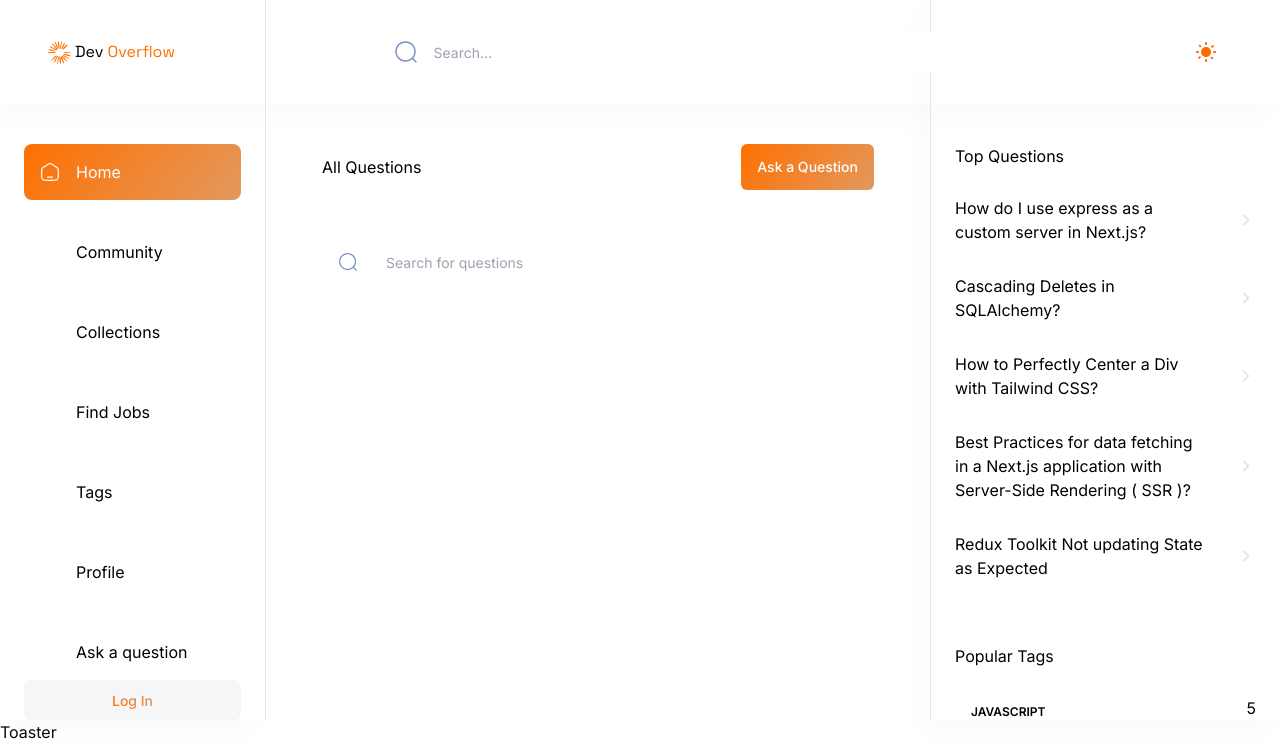
Repository: Saadelfadil/StackOverFlow
Page: /
The author's editor kept a copy of each file at every save. The page is drawn from the files as they stood at one save, then again after a run of saves.
The browser window is 1280 px wide. The pictures show the whole page.
The page's requests for data from a server got no answer. The project was rebuilt for these pictures with package versions that can differ from the ones it lists, and the page was loaded fresh each time. Some packages were replaced by stand-ins written for this rebuild. The framework's server and built-in components were replaced by stand-ins that run in the browser. No one was signed in, and anything a server would have sent is missing. Also part of the build but not shown: next.config.js.

Above is the page before, as saved 2024-01-02 18:19:03.

### app/layout.tsx
import { ClerkProvider } from "@clerk/nextjs";
import React from "react";
import "./globles.css";
import { Inter, Space_Grotesk } from "next/font/google";
import type { Metadata } from "next";
import { ThemeProvider } from "@/context/ThemProvider";

export const metadata: Metadata = {
  title: "Stack Over Flow Clone",
  description: "Stack Over Flow Clone",
  icons: {
    icon: "/assets/images/site-logo.svg",
  },
};

const inter = Inter({
  subsets: ["latin"],
  weight: ["100", "200", "300", "400", "500", "600", "700", "800", "900"],
  variable: "--font-inter",
});

const spaceGrotesk = Space_Grotesk({
  subsets: ["latin"],
  weight: ["300", "400", "500", "600", "700"],
  variable: "--font-spaceGrotesk",
});

export default function RootLayout({
  children,
}: {
  children: React.ReactNode;
}) {
  return (
    <ClerkProvider
      appearance={{
        elements: {
          formButtonPrimary: "primary-gradient",
          footerActionLink: "primary-text-gradient hover:text-primary-500",
        },
      }}
    >
      <html lang="en">
        <body className={`${inter.variable} ${spaceGrotesk.variable}`}>
          <ThemeProvider>
            {children}
          </ThemeProvider>
        </body>
      </html>
    </ClerkProvider>
  );
}

### app/(root)/layout.tsx
import LeftNavbar from "@/components/shared/LeftNavbar";
import RightSidebar from "@/components/shared/RightSidebar";
import Navbar from "@/components/shared/navbar/Navbar";
import React from "react";

const Layout = ({ children }: { children: React.ReactNode }) => {
  return (
    <main className="background-light850_dark100 relative">
      <Navbar />
      <div className="flex">
        <LeftNavbar />
        <section className="flex min-h-screen flex-1 flex-col px-6 pb-6 pt-36 max-md:pb-14 sm:px-14">
          <div className="mx-auto w-full max-w-5xl">{children}</div>
        </section>
        <RightSidebar />
      </div>
      Toaster
    </main>
  );
};

export default Layout;

### app/(root)/(home)/page.tsx
import Filter from "@/components/shared/Filter";
import LocalSearchbar from "@/components/shared/search/LocalSearchbar";
import { Button } from "@/components/ui/button";
import { HomePageFilters } from "@/constants/filters";
import Link from "next/link";

export default function Home() {
  return (
    <>
      <div className="flex w-full flex-col-reverse justify-between gap-4 sm:flex-row sm:items-center">
        <h1 className="h1-bold text-dark100_light900">All Questions</h1>
        <Link href={"/ask-question"} className="flex justify-end max-sm:w-full">
          <Button className="primary-gradient min-h-[46px] px-4 py-3 !text-light-900">
            Ask a Question
          </Button>
        </Link>
      </div>

      <div className="mt-11 flex justify-between gap-5 max-sm:flex-col sm:items-center">
        <LocalSearchbar
          route="/"
          iconPosition="left"
          imgSrc="/assets/icons/search.svg"
          placeholder="Search for questions"
          otherClasses="flex-1"
        />
        <Filter
          filters={HomePageFilters}
          otherClasses="min-h-[56px] sm:min-w-[170px]"
          containerClasses="hidden max-md:flex"
        />
      </div>
    </>
  );
}

### context/ThemProvider.tsx
"use client";

import React, { createContext, useState, useEffect, useContext } from "react";

interface ThemeContextType {
  mode: string;
  setMode: (mode: string) => void;
}

const ThemeContext = createContext<ThemeContextType | undefined>(undefined);

export function ThemeProvider({ children }: { children: React.ReactNode }) {
  const [mode, setMode] = useState("");

  const handlesThemeChange = () => {
    if (localStorage.theme === "dark" || (!("theme" in localStorage) && window.matchMedia("(prefers-color-scheme: dark)").matches)) {
      setMode("dark");
      document.documentElement.classList.add("dark");
    } else {
      setMode("light");
      document.documentElement.classList.remove("dark");
    }
  };

  useEffect(() => {
    handlesThemeChange();
  }, [mode]);

  return (
    <ThemeContext.Provider value={{ mode, setMode }}>
      {children}
    </ThemeContext.Provider>
  );
}

export function useTheme() {
  const context = useContext(ThemeContext);
  if (context === undefined) {
    throw new Error("useTheme must be used within a ThemeProvider");
  }

  return context;
}

### components/shared/navbar/Navbar.tsx
import Link from "next/link";
import Image from "next/image";
import React from "react";
import { SignedIn, UserButton } from "@clerk/nextjs";
import Theme from "./Theme";
import MobileNavbar from "./MobileNavbar";
import GlobalSearch from "../search/GlobalSearch";

const Navbar = () => {
  return (
    <nav className="flex-between background-light900_dark200 fixed z-50 w-full gap-5 p-6 shadow-light-300 sm:px-12 dark:shadow-none">
      <Link href="/" className="flex items-center gap-1">
        <Image
          src="/assets/images/site-logo.svg"
          width={23}
          height={23}
          alt="StackOverFlow"
        />
        <p className="h2-bold font-spaceGrotesk text-dark-100 max-sm:hidden dark:text-light-900">
          Dev <span className="text-primary-500">Overflow</span>
        </p>
      </Link>

      <GlobalSearch />

      <div className="flex-between gap-5">
        <Theme />
        <SignedIn>
          <UserButton
            afterSignOutUrl="/"
            appearance={{
              elements: {
                avatar: "h-10 w-10",
              },
              variables: {
                colorPrimary: "#ff7000",
              },
            }}
          />
        </SignedIn>

        <MobileNavbar />
      </div>
    </nav>
  );
};

export default Navbar;

### components/shared/Filter.tsx
"use client"
import React from "react";
import {
  Select,
  SelectContent,
  SelectItem,
  SelectGroup,
  SelectTrigger,
  SelectValue,
} from "@/components/ui/select";
import HomeFilters from "./home/HomeFilters";

interface Props {
  filters: {
    name: string;
    value: string;
  }[];
  otherClasses?: string;
  containerClasses?: string;
}

const Filter = ({ filters, otherClasses, containerClasses }: Props) => {
  return (
    <div className={`relative ${containerClasses}`}>
      <Select >
        <SelectTrigger
          className={`${otherClasses} body-regular light-border background-light800_dark300 text-dark500_light700 border px-5 py-2.5`}
        >
          <div className="line-clamp-1 flex-1 text-left">
            <SelectValue placeholder="Select a Filter" />
          </div>
        </SelectTrigger>
        <SelectContent>
          <SelectGroup>
            {filters.map((item) => (
              <SelectItem key={item.value} value={item.value}>
                {item.name}
              </SelectItem>
            ))}
          </SelectGroup>
        </SelectContent>
      </Select>
      <HomeFilters />
    </div>

  );
};

export default Filter;

### components/shared/search/LocalSearchbar.tsx
"use client";
import { Input } from "@/components/ui/input";
import Image from "next/image";
import React from "react";

interface CustomInputProps {
  route: string;
  iconPosition: string;
  imgSrc: string;
  placeholder: string;
  otherClasses: string;
}

const LocalSearchbar = ({
  route,
  iconPosition,
  imgSrc,
  placeholder,
  otherClasses,
}: CustomInputProps) => {
  return (
    <div
      className={`background-light800_darkgradient flex min-h-[56px] grow items-center gap-4 rounded-[10px] px-4 ${otherClasses}`}
    >
      {iconPosition === "left" && (
        <Image
          src={imgSrc}
          alt="search icon"
          width={20}
          height={20}
          className="cursor-pointer"
        />
      )}

      <Input
        type="text"
        placeholder={placeholder}
        value={""}
        onChange={() => {}}
        className="paragraph-regular no-focus placeholder background-light800_darkgradient border-none shadow-none outline-none "
      />

      {iconPosition === "right" && (
        <Image
          src={imgSrc}
          alt="search icon"
          width={20}
          height={20}
          className="cursor-pointer"
        />
      )}

    </div>
  );
};

export default LocalSearchbar;

### components/ui/button.tsx
import * as React from "react"
import { Slot } from "@radix-ui/react-slot"
import { cva, type VariantProps } from "class-variance-authority"

import { cn } from "@/lib/utils"

const buttonVariants = cva(
  "inline-flex items-center justify-center whitespace-nowrap rounded-md text-sm font-medium ring-offset-background transition-colors focus-visible:outline-none focus-visible:ring-2 focus-visible:ring-ring focus-visible:ring-offset-2 disabled:pointer-events-none disabled:opacity-50",
  {
    variants: {
      variant: {
        default: "bg-primary text-primary-foreground hover:bg-primary/90",
        destructive:
          "bg-destructive text-destructive-foreground hover:bg-destructive/90",
        outline:
          "border border-input bg-background hover:bg-accent hover:text-accent-foreground",
        secondary:
          "bg-secondary text-secondary-foreground hover:bg-secondary/80",
        ghost: "hover:bg-accent hover:text-accent-foreground",
        link: "text-primary underline-offset-4 hover:underline",
      },
      size: {
        default: "h-10 px-4 py-2",
        sm: "h-9 rounded-md px-3",
        lg: "h-11 rounded-md px-8",
        icon: "h-10 w-10",
      },
    },
    defaultVariants: {
      variant: "default",
      size: "default",
    },
  }
)

export interface ButtonProps
  extends React.ButtonHTMLAttributes<HTMLButtonElement>,
    VariantProps<typeof buttonVariants> {
  asChild?: boolean
}

const Button = React.forwardRef<HTMLButtonElement, ButtonProps>(
  ({ className, variant, size, asChild = false, ...props }, ref) => {
    const Comp = asChild ? Slot : "button"
    return (
      <Comp
        className={cn(buttonVariants({ variant, size, className }))}
        ref={ref}
        {...props}
      />
    )
  }
)
Button.displayName = "Button"

export { Button, buttonVariants }

### constants/constants.ts
import { SidebarLink } from "@/types";

export const themes = [
  { value: "light", label: "Light", icon: "/assets/icons/sun.svg" },
  { value: "dark", label: "Dark", icon: "/assets/icons/moon.svg" },
  { value: "system", label: "System", icon: "/assets/icons/computer.svg" },
];
export const sidebarLinks: SidebarLink[] = [
  {
    imgURL: "/assets/icons/home.svg",
    route: "/",
    label: "Home",
  },
  {
    imgURL: "/assets/icons/users.svg",
    route: "/community",
    label: "Community",
  },
  {
    imgURL: "/assets/icons/star.svg",
    route: "/collection",
    label: "Collections",
  },
  {
    imgURL: "/assets/icons/suitcase.svg",
    route: "/jobs",
    label: "Find Jobs",
  },
  {
    imgURL: "/assets/icons/tag.svg",
    route: "/tags",
    label: "Tags",
  },
  {
    imgURL: "/assets/icons/user.svg",
    route: "/profile",
    label: "Profile",
  },
  {
    imgURL: "/assets/icons/question.svg",
    route: "/ask-question",
    label: "Ask a question",
  },
];
export const BADGE_CRITERIA = {
  QUESTION_COUNT: { BRONZE: 10, SILVER: 50, GOLD: 100 },
  ANSWER_COUNT: {
    BRONZE: 10,
    SILVER: 50,
    GOLD: 100,
  },
  QUESTION_UPVOTES: {
    BRONZE: 10,
    SILVER: 50,
    GOLD: 100,
  },
  ANSWER_UPVOTES: {
    BRONZE: 10,
    SILVER: 50,
    GOLD: 100,
  },
  TOTAL_VIEWS: {
    BRONZE: 1000,
    SILVER: 10000,
    GOLD: 100000,
  },
};

### components/shared/RenderTag.tsx
import Link from "next/link";
import React from "react";
import { Badge } from "../ui/badge";

interface Props {
  _id: number;
  name: string;
  totalQuestions: number;
  showCount?: boolean;
}

const RenderTag = ({ _id, name, totalQuestions, showCount }: Props) => {
  return (
    <Link
    href={`/tags/${_id}`}
    className="flex justify-between gap-2"
    >
        <Badge className="subtle-medium background-light800_dark300 text-light400_light500 rounded-md border-none px-4 py-2 uppercase ">
            {name}
        </Badge>
        {showCount && (
            <p className="small-medium text-dark500_light700">
                {totalQuestions}
            </p>
        )}
    </Link>
  )
};

export default RenderTag;

### components/shared/navbar/Theme.tsx
"use client";
import React from "react";
import { useTheme } from "@/context/ThemProvider";
import {
  Menubar,
  MenubarContent,
  MenubarItem,
  MenubarMenu,
  MenubarTrigger,
} from "@/components/ui/menubar";
import Image from "next/image";
import { themes } from "@/constants/constants";

const Theme = () => {
  const { mode, setMode } = useTheme();
  return (
    <Menubar className="relative border-none bg-transparent shadow-none">
      <MenubarMenu>
        <MenubarTrigger className="focus:bg-light-900 data-[state-open]:bg-light-900 dark:focus:bg-dark-200 dark:data-[state=open]:bg-dark-200">
          {mode === "light" ? (
            <Image
              src="/assets/icons/sun.svg"
              alt="sun"
              width={20}
              height={20}
              className="active-theme"
            />
          ) : (
            <Image
              src="/assets/icons/moon.svg"
              alt="moon"
              width={20}
              height={20}
              className="active-theme"
            />
          )}
        </MenubarTrigger>
        <MenubarContent className="absolute right-[-3rem] mt-3 min-w-[120px] rounded border py-2 dark:border-dark-400 dark:bg-dark-300 ">
          {themes.map((item) => (
            <MenubarItem
              key={item.value}
              className="flex items-center gap-4 px-2.5 py-2 dark:focus:bg-dark-400 "
              onClick={() => {
                setMode(item.value);
                if (item.value !== "system") localStorage.theme = item.value;
                else localStorage.removeItem("theme");
              }}
            >
              <Image
                src={item.icon}
                alt={item.value}
                width={16}
                height={16}
                className={`${mode === item.value && "active-theme"}`}
              />
              <p
                className={`body-semibold text-light-500  ${
                  mode === item.value
                    ? "text-primary-500"
                    : "text-dark100_light900"
                }`}
              >
                {item.label}
              </p>
            </MenubarItem>
          ))}
        </MenubarContent>
      </MenubarMenu>
    </Menubar>
  );
};

export default Theme;

### components/shared/search/GlobalSearch.tsx
import { Input } from "@/components/ui/input";
import Image from "next/image";
import React from "react";

const GlobalSearch = () => {
  return (
    <div className="relative w-full max-w-[600px] max-lg:hidden ">
      <div className="background-light800_darkgradient relative flex min-h-[56px] grow items-center gap-1 rounded-xl px-4 ">
        <Image
          src="/assets/icons/search.svg"
          alt="search"
          width={24}
          height={24}
          className="cursor-pointer"
        />
        <Input
          type="text"
          placeholder="Search..."
          className="paragraph-regular no-focus placeholder background-light800_darkgradient border-none shadow-none outline-none "
        />
      </div>
    </div>
  );
};

export default GlobalSearch;

### components/shared/home/HomeFilters.tsx
"use client";
import { Button } from "@/components/ui/button";
import { HomePageFilters } from "@/constants/filters";
import React from "react";

const HomeFilters = () => {
  const isActive = "";
  return (
    <div className="mt-10 hidden flex-wrap gap-3 md:flex">
      {HomePageFilters.map((item) => (
        <Button
          key={item.value}
          onClick={() => {}}
          className={`body-medium rounded-lg px-6 py-3 capitalize shadow-none ${
            isActive === item.value
              ? "bg-primary-100"
              : "bg-light-800 text-light-500 hover:bg-light-800 dark:bg-dark-300 dark:text-light-500 dark:hover:bg-dark-300 "
          }`}
        >
          {item.name}
        </Button>
      ))}
    </div>
  );
};

export default HomeFilters;

### components/ui/input.tsx
import * as React from "react"

import { cn } from "@/lib/utils"

export interface InputProps
  extends React.InputHTMLAttributes<HTMLInputElement> {}

const Input = React.forwardRef<HTMLInputElement, InputProps>(
  ({ className, type, ...props }, ref) => {
    return (
      <input
        type={type}
        className={cn(
          "flex h-10 w-full rounded-md border border-input bg-background px-3 py-2 text-sm ring-offset-background file:border-0 file:bg-transparent file:text-sm file:font-medium placeholder:text-muted-foreground focus-visible:outline-none focus-visible:ring-2 focus-visible:ring-ring focus-visible:ring-offset-2 disabled:cursor-not-allowed disabled:opacity-50",
          className
        )}
        ref={ref}
        {...props}
      />
    )
  }
)
Input.displayName = "Input"

export { Input }

### components/ui/badge.tsx
import * as React from "react"
import { cva, type VariantProps } from "class-variance-authority"

import { cn } from "@/lib/utils"

const badgeVariants = cva(
  "inline-flex items-center rounded-full border px-2.5 py-0.5 text-xs font-semibold transition-colors focus:outline-none focus:ring-2 focus:ring-ring focus:ring-offset-2",
  {
    variants: {
      variant: {
        default:
          "border-transparent bg-primary text-primary-foreground hover:bg-primary/80",
        secondary:
          "border-transparent bg-secondary text-secondary-foreground hover:bg-secondary/80",
        destructive:
          "border-transparent bg-destructive text-destructive-foreground hover:bg-destructive/80",
        outline: "text-foreground",
      },
    },
    defaultVariants: {
      variant: "default",
    },
  }
)

export interface BadgeProps
  extends React.HTMLAttributes<HTMLDivElement>,
    VariantProps<typeof badgeVariants> {}

function Badge({ className, variant, ...props }: BadgeProps) {
  return (
    <div className={cn(badgeVariants({ variant }), className)} {...props} />
  )
}

export { Badge, badgeVariants }

Loaded but not shown: constants/filters.ts (common file); lib/utils.ts (common file); tailwind.config.ts (common file); components/ui/menubar.tsx (236 lines, source omitted); components/ui/select.tsx (160 lines, source omitted); components/ui/sheet.tsx (140 lines, source omitted); app/globles.css (165 lines, source omitted); components/shared/navbar/MobileNavbar.tsx (110 lines, source omitted); components/shared/LeftNavbar.tsx (83 lines, source omitted); components/shared/RightSidebar.tsx (72 lines, source omitted)

After the next 7 saves:
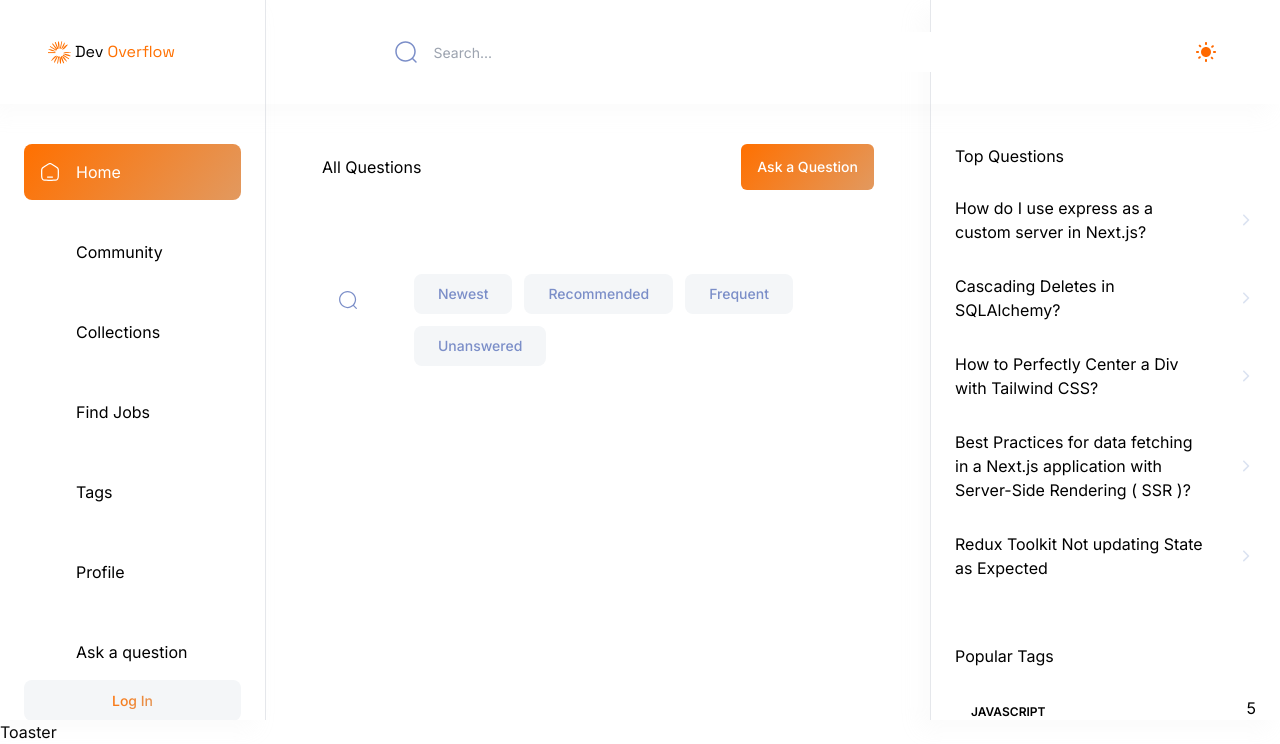
The 7 saves are shown as one change because they came seconds apart.
The last was saved 47 s later.
--- a/components/shared/Filter.tsx
+++ b/components/shared/Filter.tsx
@@ -21,28 +21,29 @@
 
 const Filter = ({ filters, otherClasses, containerClasses }: Props) => {
   return (
-    <div className={`relative ${containerClasses}`}>
-      <Select >
-        <SelectTrigger
-          className={`${otherClasses} body-regular light-border background-light800_dark300 text-dark500_light700 border px-5 py-2.5`}
-        >
-          <div className="line-clamp-1 flex-1 text-left">
-            <SelectValue placeholder="Select a Filter" />
-          </div>
-        </SelectTrigger>
-        <SelectContent>
-          <SelectGroup>
-            {filters.map((item) => (
-              <SelectItem key={item.value} value={item.value}>
-                {item.name}
-              </SelectItem>
-            ))}
-          </SelectGroup>
-        </SelectContent>
-      </Select>
+    <>
+      <div className={`relative ${containerClasses}`}>
+        <Select>
+          <SelectTrigger
+            className={`${otherClasses} body-regular light-border background-light800_dark300 text-dark500_light700 border px-5 py-2.5`}
+          >
+            <div className="line-clamp-1 flex-1 text-left">
+              <SelectValue placeholder="Select a Filter" />
+            </div>
+          </SelectTrigger>
+          <SelectContent>
+            <SelectGroup>
+              {filters.map((item) => (
+                <SelectItem key={item.value} value={item.value}>
+                  {item.name}
+                </SelectItem>
+              ))}
+            </SelectGroup>
+          </SelectContent>
+        </Select>
+      </div>
       <HomeFilters />
-    </div>
-
+    </>
   );
 };
 

After the 4 saves that followed:
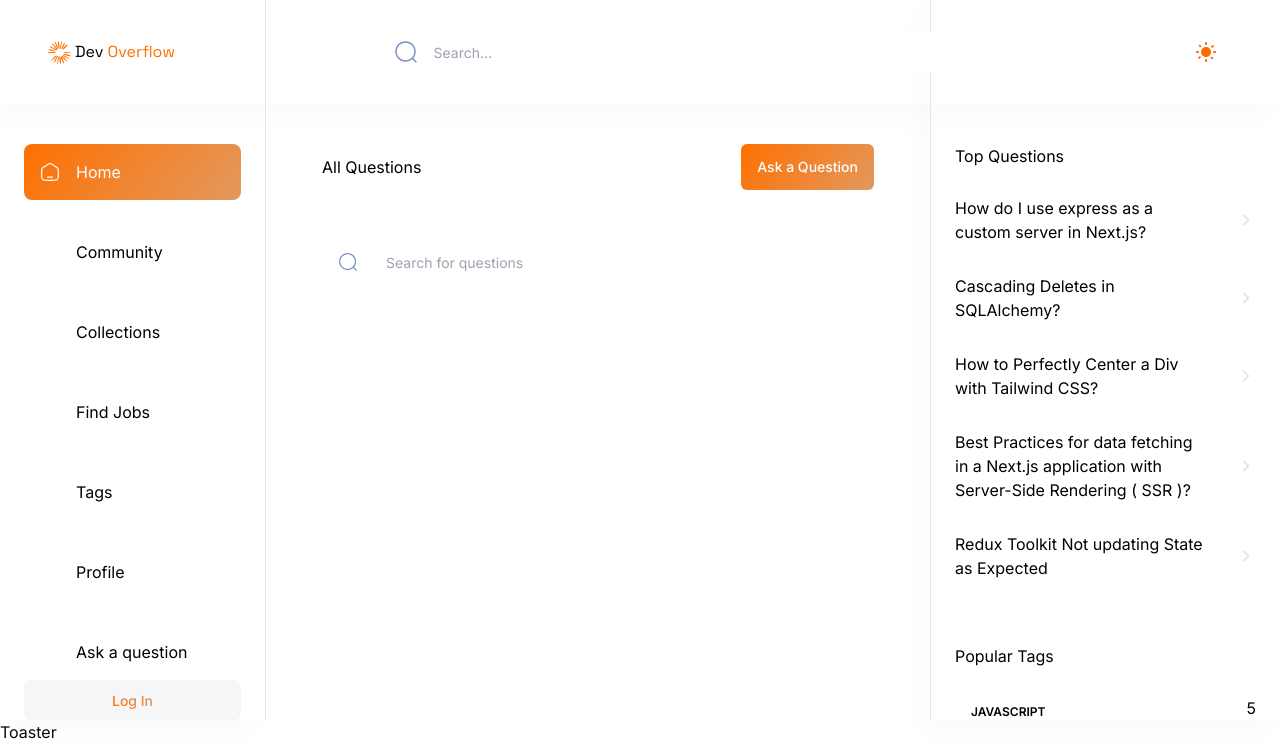
The 4 saves are shown as one change because 1 left the picture as it was and some came seconds apart.
The last was saved 4 min 16 s later.
--- a/components/shared/Filter.tsx
+++ b/components/shared/Filter.tsx
@@ -1,4 +1,4 @@
-"use client"
+"use client";
 import React from "react";
 import {
   Select,
@@ -21,7 +21,6 @@
 
 const Filter = ({ filters, otherClasses, containerClasses }: Props) => {
   return (
-    <>
       <div className={`relative ${containerClasses}`}>
         <Select>
           <SelectTrigger
@@ -42,8 +41,6 @@
           </SelectContent>
         </Select>
       </div>
-      <HomeFilters />
-    </>
   );
 };
 
